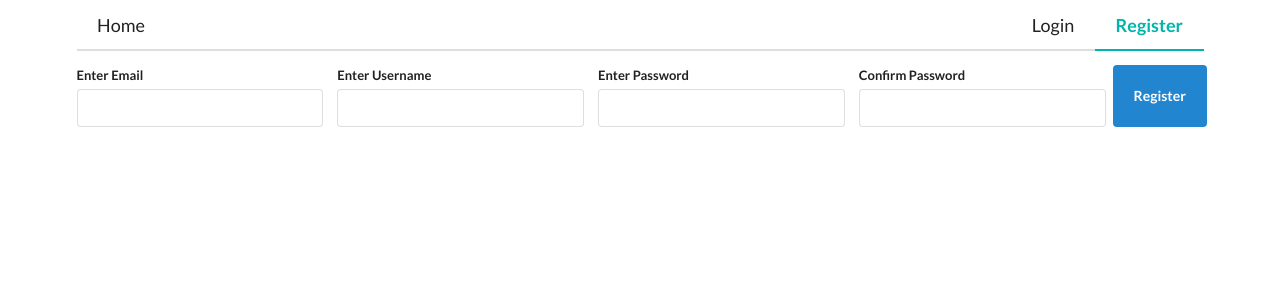
Repository: m-ahmadshaikh/SociaSpark
Page: /register (app in client/)
An editor plug-in stored every save of this project. The page is shown before and after a run of saves, followed by the edit.
The browser window is 1280 px wide. The pictures show the whole page.
The project was rebuilt for these pictures with package versions that can differ from the ones it lists, and the page was loaded fresh each time. Also part of the build but not shown: client/vite.config.js, client/src/App.css, client/src/components/PostCard.jsx, client/src/pages/Home.jsx, client/src/pages/Login.jsx.

Above is the page before, as saved 2022-10-23 15:12:28.

After the next 2 saves:
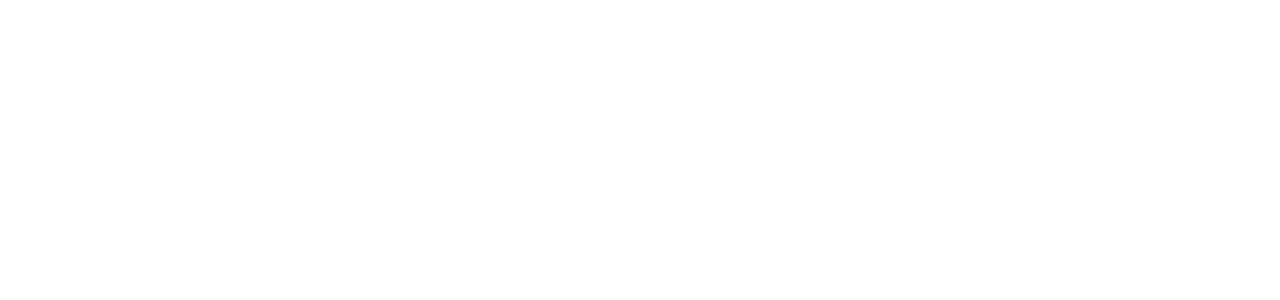
Console error: ReferenceError: update is not defined
The 2 saves are shown as one change because 1 did not build or start.
The last was saved 2 min 18 s later.
--- a/client/src/pages/Register.jsx
+++ b/client/src/pages/Register.jsx
@@ -14,7 +14,10 @@
   }
 `;
 export default function Register() {
-  const [register, { data, loading, error }] = useMutation(REGISTER_USER);
+  const [register, { data, loading, error }] = useMutation(
+    REGISTER_USER,
+    update(proxy, result)
+  );
   const [values, setValues] = useState({
     email: '',
     password: '',

After the 3 saves that followed:
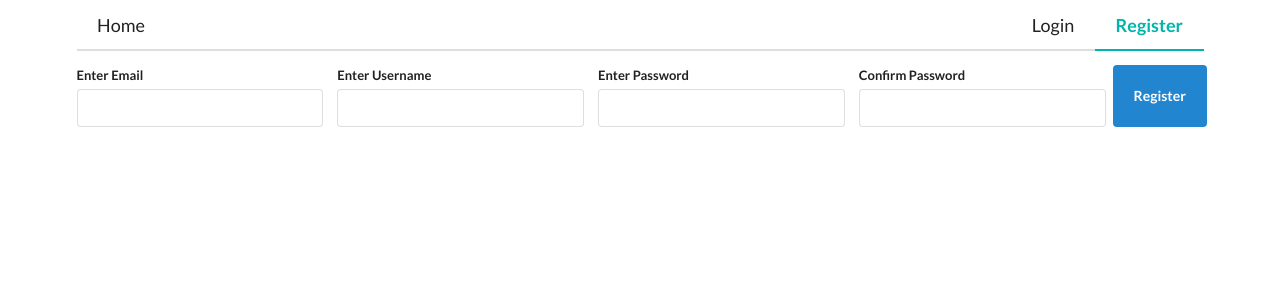
The error is gone.
The 3 saves are shown as one change because 1 did not build or start and some came seconds apart.
The last was saved 23 s later.
--- a/client/src/pages/Register.jsx
+++ b/client/src/pages/Register.jsx
@@ -14,10 +14,11 @@
   }
 `;
 export default function Register() {
-  const [register, { data, loading, error }] = useMutation(
-    REGISTER_USER,
-    update(proxy, result)
-  );
+  const [register, { data, loading, error }] = useMutation(REGISTER_USER, {
+    update(proxy, result) {
+      console.log(result);
+    },
+  });
   const [values, setValues] = useState({
     email: '',
     password: '',
